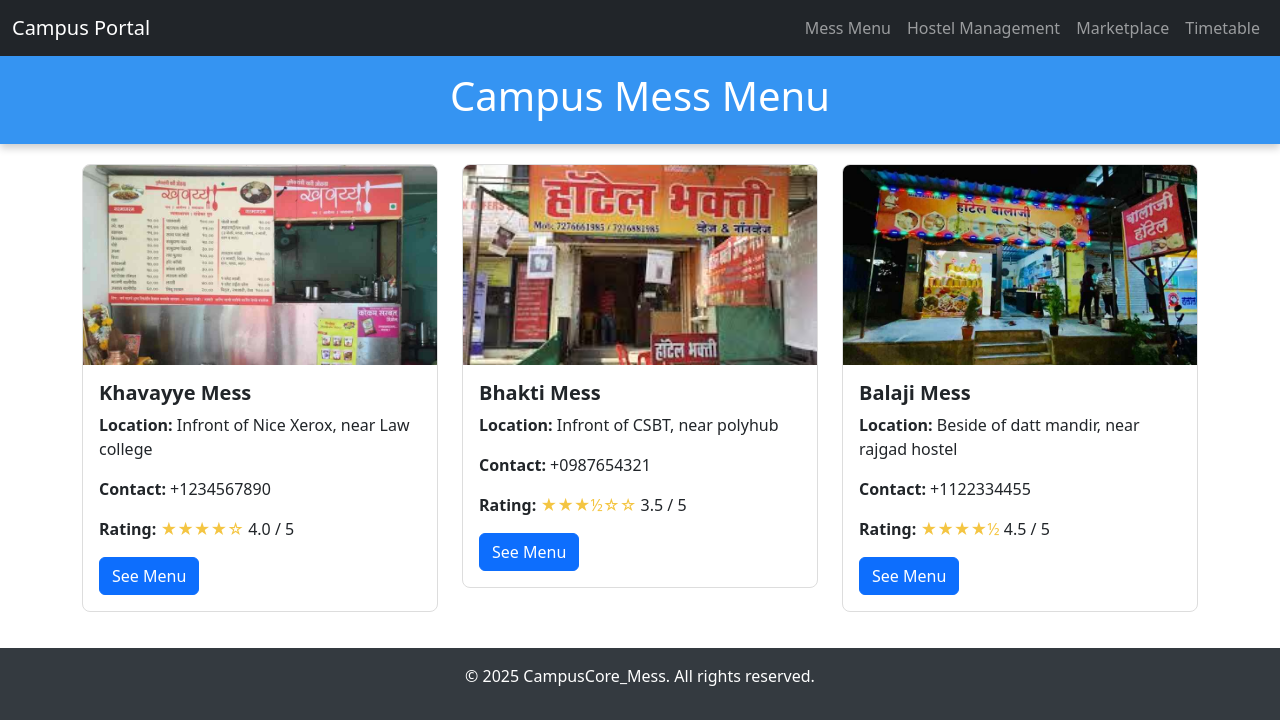
Repository: Pavanrajput123/Campus-Core
Page: http://localhost/Mess_menu
An editor plug-in stored every save of this project. The page is shown before and after the next save, followed by the edit.
The browser window is 1280 px wide. The pictures show the whole page.
The page is this project's Thymeleaf template; nobody is signed in. The template is opened directly, without the code that normally fills it, so the values that code supplies are empty.

Above is the page before, as saved 2025-04-12 07:20:34.

### student-management/src/main/resources/templates/Mess_menu.html
<!DOCTYPE html>
<html xmlns:th="http://www.thymeleaf.org" lang="en">
<head>
  <meta charset="UTF-8">
  <meta name="viewport" content="width=device-width, initial-scale=1.0">
  <title>Campus Mess Menu</title>
  <link href="https://cdn.jsdelivr.net/npm/bootstrap@5.3.0-alpha1/dist/css/bootstrap.min.css" rel="stylesheet">
  <style>
    html, body {
      height: 100%;
      margin: 0;
      display: flex;
      flex-direction: column;
    }

    main {
      flex: 1;
    }

    .mess-card {
      margin: 20px 0;
      border: 1px solid #ddd;
      border-radius: 8px;
      overflow: hidden;
    }

    .mess-card img {
      width: 100%;
      height: 200px;
      object-fit: cover;
    }

    .card-body h5 {
      font-weight: bold;
    }

    header {
      background-color: #3594f2;
      color: white;
      box-shadow: 0 4px 8px rgba(0, 0, 0, 0.2);
    }

    footer {
      background-color: #343a40;
      color: white;
      text-align: center;
      padding: 1rem;
    }
  </style>
</head>
<body>

  <!-- Navbar -->
  <nav class="navbar navbar-expand-lg navbar-dark bg-dark">
    <div class="container-fluid">
      <a class="navbar-brand" th:href="@{/dashboard}">Campus Portal</a>
      <button class="navbar-toggler" type="button" data-bs-toggle="collapse" data-bs-target="#navbarNav">
        <span class="navbar-toggler-icon"></span>
      </button>
      <div class="collapse navbar-collapse" id="navbarNav">
        <ul class="navbar-nav ms-auto">
          <li class="nav-item"><a class="nav-link" th:href="@{/mess-menu}">Mess Menu</a></li>
          <li class="nav-item"><a class="nav-link" th:href="@{/hostel}">Hostel Management</a></li>
          <li class="nav-item"><a class="nav-link" th:href="@{/marketplace}">Marketplace</a></li>
          <li class="nav-item"><a class="nav-link" th:href="@{/timetable}">Timetable</a></li>
        </ul>
      </div>
    </div>
  </nav>

  <!-- Header -->
  <header class="py-3 text-center">
    <h1>Campus Mess Menu</h1>
  </header>

  <!-- Main Content -->
  <main>
    <div class="container">
      <div class="row">

        <!-- Mess Card 1 -->
        <div class="col-md-4">
          <div class="card mess-card">
            <img th:src="@{/assets/khavayye2.jpg}" alt="Mess 1 Image">
            <div class="card-body">
              <h5 class="card-title">Khavayye Mess</h5>
              <p class="card-text"><strong>Location:</strong> Infront of Nice Xerox, near Law college</p>
              <p class="card-text"><strong>Contact:</strong> +1234567890</p>
              <p class="card-text">
                <strong>Rating:</strong>
                <span style="color: #f4c542;">&#9733;&#9733;&#9733;&#9733;&#9734;</span> 4.0 / 5
              </p>
              <a th:href="@{/menu1}" class="btn btn-primary">See Menu</a>
            </div>
          </div>
        </div>

        <!-- Mess Card 2 -->
        <div class="col-md-4">
          <div class="card mess-card">
            <img th:src="@{/assets/bhakti.jpeg}" alt="Mess 2 Image">
            <div class="card-body">
              <h5 class="card-title">Bhakti Mess</h5>
              <p class="card-text"><strong>Location:</strong> Infront of CSBT, near polyhub</p>
              <p class="card-text"><strong>Contact:</strong> +0987654321</p>
              <p class="card-text">
                <strong>Rating:</strong>
                <span style="color: #f4c542;">&#9733;&#9733;&#9733;&#189;&#9734;&#9734;</span> 3.5 / 5
              </p>
              <a th:href="@{/menu2}" class="btn btn-primary">See Menu</a>
            </div>
          </div>
        </div>

        <!-- Mess Card 3 -->
        <div class="col-md-4">
          <div class="card mess-card">
            <img th:src="@{/assets/balajimess.jpg}" alt="Mess 3 Image">
            <div class="card-body">
              <h5 class="card-title">Balaji Mess</h5>
              <p class="card-text"><strong>Location:</strong> Beside of datt mandir, near rajgad hostel</p>
              <p class="card-text"><strong>Contact:</strong> +1122334455</p>
              <p class="card-text">
                <strong>Rating:</strong>
                <span style="color: #f4c542;">&#9733;&#9733;&#9733;&#9733;&#189;</span> 4.5 / 5
              </p>
              <a th:href="@{/menu3}" class="btn btn-primary">See Menu</a>
            </div>
          </div>
        </div>

      </div>
    </div>
  </main>

  <!-- Footer -->
  <footer>
    <p>&copy; 2025 CampusCore_Mess. All rights reserved.</p>
  </footer>

  <script src="https://cdn.jsdelivr.net/npm/bootstrap@5.3.0-alpha1/dist/js/bootstrap.bundle.min.js"></script>
</body>
</html>

After the next save:
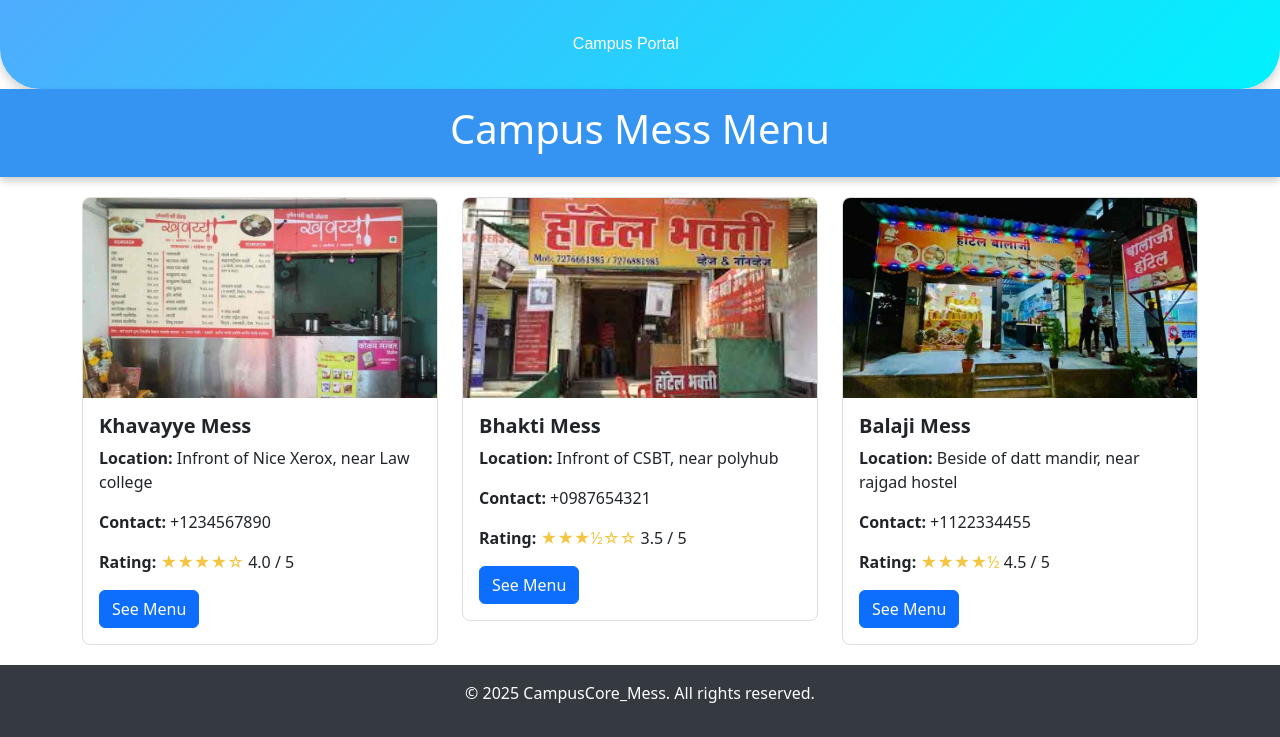
Saved 3 min 39 s later.
--- a/student-management/src/main/resources/templates/Mess_menu.html
+++ b/student-management/src/main/resources/templates/Mess_menu.html
@@ -39,7 +39,16 @@
       color: white;
       box-shadow: 0 4px 8px rgba(0, 0, 0, 0.2);
     }
-
+     nav{
+		background: linear-gradient(135deg, #4facfe, #00f2fe);
+		  color: white;
+		  text-align: center;
+		  padding: 2rem 1rem;
+		  font-family: 'Poppins', sans-serif;
+		  box-shadow: 0 4px 12px rgba(0, 0, 0, 0.2);
+		  border-bottom-left-radius: 40px;
+		  border-bottom-right-radius: 40px;
+	 }
     footer {
       background-color: #343a40;
       color: white;
@@ -51,7 +60,7 @@
 <body>
 
   <!-- Navbar -->
-  <nav class="navbar navbar-expand-lg navbar-dark bg-dark">
+  <nav class="navbarfirst">
     <div class="container-fluid">
       <a class="navbar-brand" th:href="@{/dashboard}">Campus Portal</a>
       <button class="navbar-toggler" type="button" data-bs-toggle="collapse" data-bs-target="#navbarNav">
